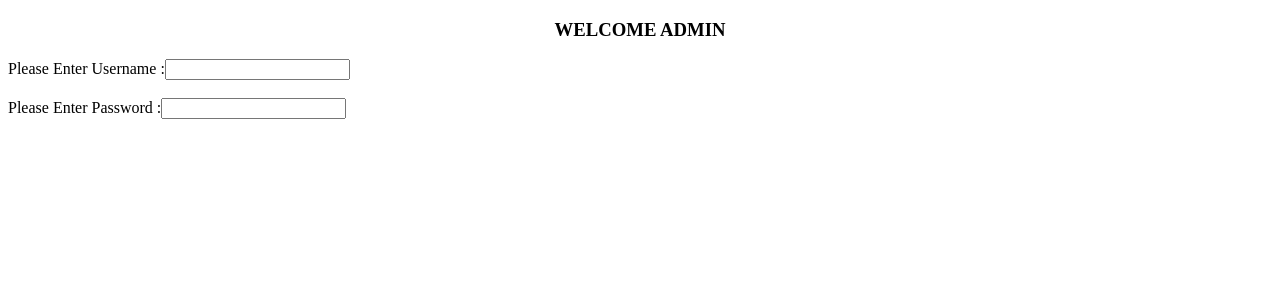
Repository: nihargowda/phase2project
Page: http://localhost/AirAway/adminlogin.jsp
These files come from the project's save history. The page is drawn as it stood at one moment and after the next save; the edit follows.
The browser window is 1280 px wide. The pictures show the whole page.
The page is served by Tomcat 9.

Above is the page before, as saved 2020-11-18 14:40:20.

After the next save:
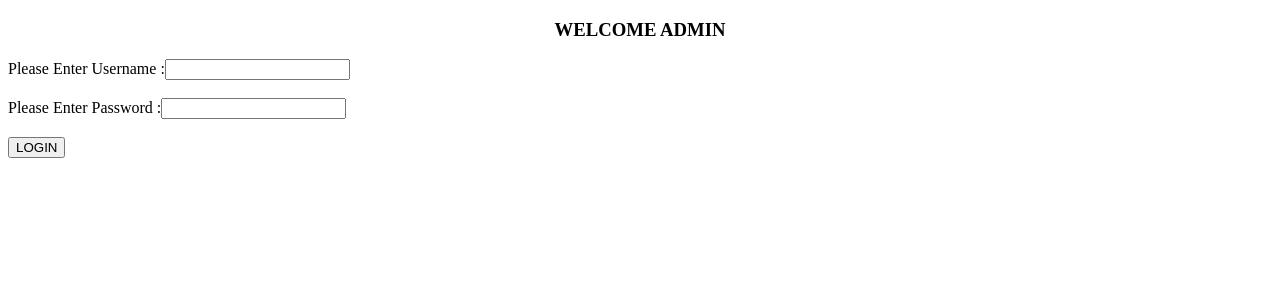
Saved 28 s later.
--- a/AirAway/src/main/webapp/adminlogin.jsp
+++ b/AirAway/src/main/webapp/adminlogin.jsp
@@ -14,6 +14,9 @@ Please Enter Username :<input type="text" name="username"><br><br>
 Please Enter Password :<input type="password" name="password"><br><br>
 
 
+<input type="submit" value="LOGIN">
+
+
 
 
 
